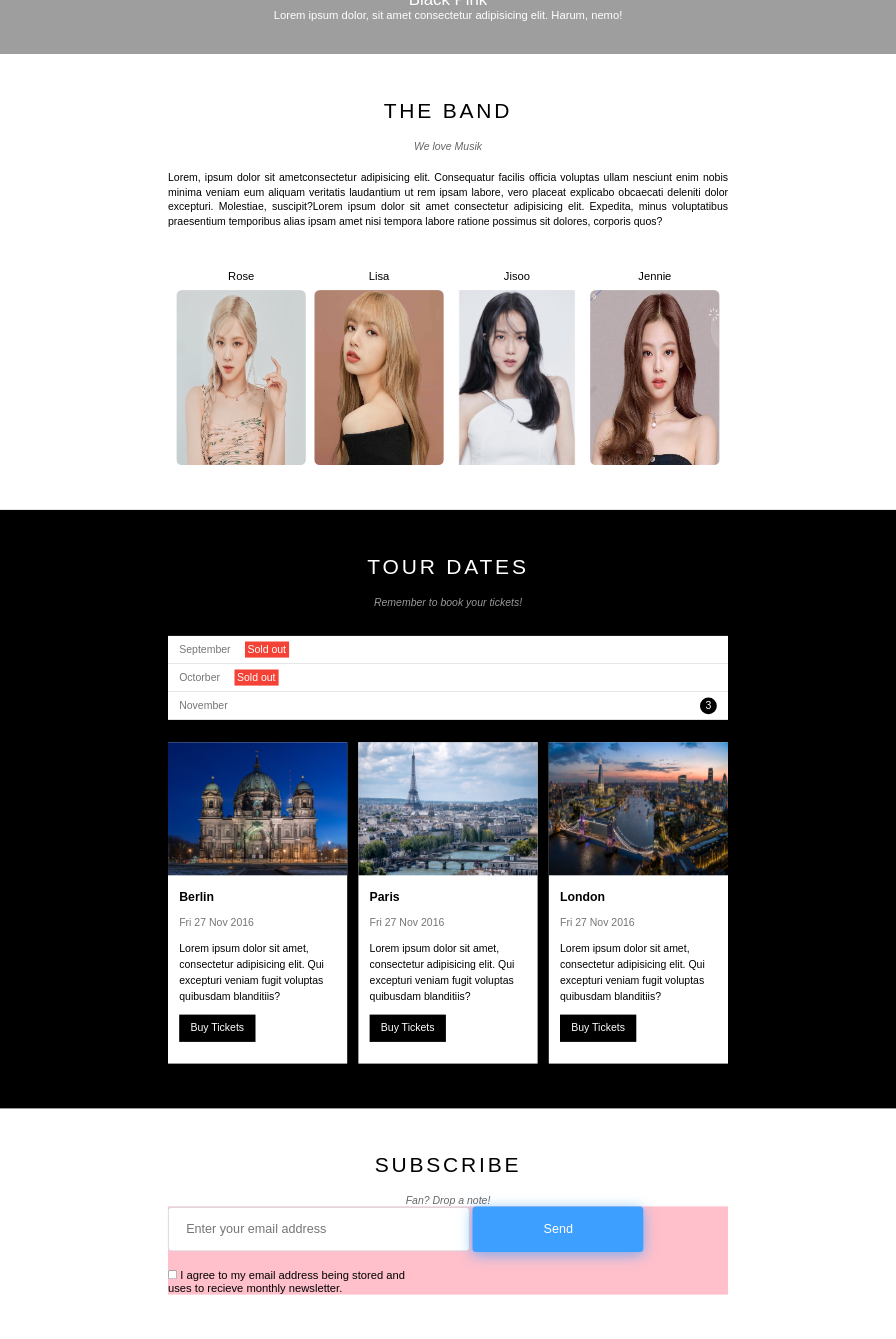
Repository: AiTrinh303/First-Project
Page: /
These files come from the project's save history. The page is drawn as it stood at one moment and after the next save; the edit follows.
The browser window is 1280 px wide. The pictures show the part of the page from y = 609 to 2529 px (the page is 2522 px tall before and 2529 px after), at 70% of full size.
Pictures or frames that could not be fetched are drawn as grey boxes. The project was rebuilt for these pictures with package versions that can differ from the ones it lists, and the page was loaded fresh each time.

Above is the page before, as saved 2024-01-23 10:10:10.

### index.html
<!DOCTYPE html>
<html lang="en">
<head>
    <meta charset="UTF-8">
    <meta name="viewport" content="width=device-width, initial-scale=1.0">
    <title>Singer Website</title>
    <link rel="stylesheet" href="./fonts/themify-icons-font/themify-icons/themify-icons.css">
    <link rel="stylesheet" href="./src/styles/main.css">
</head>
<body>
   <div id="main">

        <div id="header">
            <ul id="nav">
                <li><a href="">Home</a></li>
                <li><a href="">Band</a></li>
                <li><a href="">Tour</a></li>
                <li><a href="">Contact</a></li>
                <li>
                    <a href="#">
                        More
                        <i class="nav-arrown-down ti-angle-down"></i>
                     </a>
                    <ul class="subnav">
                        <li><a href="">Merchandise</a></li>
                        <li><a href="">Extras</a></li>
                        <li><a href="">Media</a></li>
                    </ul>
                </li>
            </ul>

            <div class="search-btn">
                <i class="search-icon ti-search"></i>

            </div>
        </div>

        <div id="slider">

            <div class="text-content">
                <h2 class="text-heading">Black Pink</h2>
                <p class="text-description">Lorem ipsum dolor, sit amet consectetur adipisicing elit. Harum, nemo!</p>
            </div>

        </div>

        <div id="content">
            <!-- About Section -->
            <div class="content-section">
                <h2 class="section-heading">THE BAND</h2>
                <p class="section-sub-heading">We love Musik</p>
                <p class="about-text">Lorem, ipsum dolor sit ametconsectetur adipisicing elit. Consequatur facilis officia voluptas ullam nesciunt enim nobis minima veniam eum aliquam veritatis laudantium ut rem ipsam labore, vero placeat explicabo obcaecati deleniti dolor excepturi. Molestiae, suscipit?Lorem ipsum dolor sit amet consectetur adipisicing elit. Expedita, minus voluptatibus praesentium temporibus alias ipsam amet nisi tempora labore ratione possimus sit dolores, corporis quos?</p>

                <div class="members-list">
                    <div class="member-item">
                        <p class="member-name">Rose</p>
                        <img src="./src/img/rose.png " alt="Rose" class="member-img" >
                    </div>

                    <div class="member-item">
                        <p class="member-name">Lisa</p>
                        <img src="./src/img/Lisa2.jpg" alt="Lisa" class="member-img" >
                    </div>

                    <div class="member-item">
                        <p class="member-name">Jisoo</p>
                        <img src="./src/img/jisoo.jpeg" alt="Jisoo" class="member-img" >
                    </div>

                    <div class="member-item">
                        <p class="member-name">Jennie</p>
                        <img src="./src/img/Jennie.jpg" alt="Jennie" class="member-img" >
                    </div>
                </div>
            </div>

            <!-- Tour Section -->
            <div class="tour-section">

                <div class="content-section">
                    <h2 class="section-heading text-white">TOUR DATES</h2>
                    <p class="section-sub-heading text-white">Remember to book your tickets!</p>

                    <ul class="tickets-list">
                        <li>September <span class="sold-out">Sold out</span></li>
                        <li>Octorber <span class="sold-out">Sold out</span></li>
                        <li>November <span class="quantity">3</span></li>
                    </ul>

                    <div class="places-list">
                        <div class="place-item">
                            <img src="./src/img/Berlin.jpg" alt="Berlin" class="place-img" >
                            <div class="place-body">
                                <h3 class="place-heading">Berlin</h3>
                                <p class="place-time">Fri 27 Nov 2016</p>
                                <p class="place-desc">Lorem ipsum dolor sit amet, consectetur adipisicing elit. Qui excepturi veniam fugit voluptas quibusdam blanditiis?</p>
                                <a href="#" class="place-btn">Buy Tickets</a>
                            </div>
                        </div>

                        <div class="place-item">
                            <img src="./src/img/Paris.jpg" alt="Paris" class="place-img" >
                            <div class="place-body">
                                <h3 class="place-heading">Paris</h3>
                                <p class="place-time">Fri 27 Nov 2016</p>
                                <p class="place-desc">Lorem ipsum dolor sit amet, consectetur adipisicing elit. Qui excepturi veniam fugit voluptas quibusdam blanditiis?</p>
                                <a href="#" class="place-btn">Buy Tickets</a>
                            </div>
                        </div>

                        <div class="place-item">
                            <img src="./src/img/London.jpeg" alt="London" class="place-img">
                            <div class="place-body">
                                <h3 class="place-heading">London</h3>
                                <p class="place-time">Fri 27 Nov 2016</p>
                                <p class="place-desc">Lorem ipsum dolor sit amet, consectetur adipisicing elit. Qui excepturi veniam fugit voluptas quibusdam blanditiis?</p>
                                <a href="#" class="place-btn">Buy Tickets</a>
                            </div>
                        </div>
                    </div>
                </div>

            </div>

            <!-- Contact Section -->
            <!-- Contact -->
            <div id="contact">
                <div class="content-section">
                    <h2 class="section-heading">SUBSCRIBE</h2>
                    <p class="section-sub-heading">Fan? Drop a note!</p>
                    <div class="form-wrap">

                        <div class="form">
                            <input type="email" class="form__email" placeholder="Enter your email address" />
                            <button class="form__button">Send</button>
                        </div>
                        <div class="notice">
                            <input type="checkbox">
                            <span class="notice__copy">I agree to my email address being stored and uses to recieve monthly newsletter.</span>
                        </div>

                    </div>
                </div>
            </div>






        <div id="footer">

        </div>

   </div>
</body>
</html>

### src/styles/main.css
* {
  padding: 0;
  margin: 0;
  box-sizing: border-box;
}

html {
  scroll-behavior: smooth;
  font-family: Arial, Helvetica, sans-serif;
}

.text-white {
  color: white;
}

#header {
  height: 46px;
  background-color: #000;
  position: fixed;
  top: 0;
  left: 0;
  right: 0;
  z-index: 1;
}

#nav {
  display: inline-block;
}

#nav, .subnav {
  list-style: none;
}

#nav > li {
  display: inline-block;
}

#nav li {
  position: relative;
}

#nav > li > a {
  color: #fff;
  text-transform: uppercase;
}

#nav li a {
  color: #fff;
  text-decoration: none;
  line-height: 46px;
  padding: 0 24px;
  display: block;
}

#nav li:hover .subnav {
  display: block;
}

#nav > li:hover > a,
#nav .subnav li:hover a {
  color: #000;
  background-color: #ccc;
}

#nav .subnav {
  display: none;
  min-width: 160px;
  position: absolute;
  background-color: #fff;
  box-shadow: 0 0 10px rgba(0, 0, 0, 0.3);
  top: 100%;
  left: 0;
}

#nav .nav-arrown-down {
  font-size: 14px;
}

#nav .subnav a {
  color: #000;
  padding: 0 12px;
  line-height: 38px;
}

#header .search-btn {
  float: right;
  padding: 0 21px;
}

#header .search-btn:hover {
  background-color: #f44336;
  cursor: pointer;
}

#header .search-icon {
  color: #fff;
  font-size: 20px;
  line-height: 46px;
}

#slider {
  position: relative;
  margin-top: 46px;
  padding-top: 50%;
  background: url("../img/slider-1.jpg") center/100% no-repeat;
}

#slider .text-content {
  position: absolute;
  bottom: 47px;
  color: #fff;
  width: 100%;
  text-align: center;
}

#slider .text-heading {
  font-weight: 500;
  font-size: 24px;
}

#slider .text-decoration {
  font-size: 15px;
  margin-top: 25px;
}

#content .content-section {
  width: 800px;
  padding: 64px 0;
  margin-left: auto;
  margin-right: auto;
}

#content .section-heading {
  font-size: 30px;
  font-weight: 500;
  letter-spacing: 4px;
  text-align: center;
}

#content .section-sub-heading {
  font-size: 15px;
  margin-top: 25px;
  text-align: center;
  font-style: italic;
  opacity: 0.6;
}

#content .about-text {
  margin-top: 25px;
  font-size: 15px;
  text-align: justify;
  line-height: 1.4;
}

#content .member-item {
  display: flex;
  flex-direction: column;
  align-items: center;
}

#content .member-name {
  line-height: 2.5;
}

#content .members-list {
  margin-top: 48px;
  display: flex;
  justify-content: space-evenly;
}

#content .member-img {
  width: 185px;
  min-height: 250px;
  border-radius: 8px;
}

.tour-section {
  background: #000;
}

.tickets-list {
  background-color: #fff;
  margin-top: 40px;
}

.tickets-list li {
  font-size: 15px;
  color: #757575;
  padding: 11px 16px;
  border-bottom: 1px solid #ddd;
  list-style-type: none;
}

.tickets-list .sold-out {
  background-color: #f44336;
  color: #fff;
  padding: 3px 4px;
  margin-left: 16px;
}

.tickets-list .quantity {
  float: right;
  width: 24px;
  height: 24px;
  background-color: #000;
  color: #fff;
  border-radius: 50%;
  text-align: center;
  line-height: 24px;
  margin-top: -3px;
}

.places-list {
  display: flex;
  gap: 16px;
  justify-content: space-between;
  margin-top: 32px;
}

.places-list .place-item {
  background-color: #fff;
}

.places-list .place-img {
  width: 100%;
  height: 190px;
}

.places-list .place-img:hover {
  opacity: 0.6;
  cursor: pointer;
}

.places-list .place-body {
  padding: 15px 16px;
  min-height: 205px;
  font-size: 15px;
  line-height: 22.5px;
}

.place-body .place-heading {
  font-weight: 700;
}

.place-body .place-time {
  margin: 15px 0;
  color: #757575;
}

.place-body .place-btn {
  align-items: flex-start;
  background-color: #000;
  display: inline-block;
  font-size: 15px;
  line-height: 22.5px;
  margin: 15px 0px 16px 0px;
  padding: 8px 16px;
  text-align: center;
  color: #fff;
  text-decoration: none;
}

.place-body .place-btn:hover {
  color: #000;
  background-color: #ccc;
}


/* contact form */

.form-wrap{
  background-color: pink;
  margin-bottom

}
.form {
margin-bottom: 25px;
}

.form__email {
padding: 20px 25px;
border-radius: 5px;
 border: 1px solid #CAD3DB;
width: 431px;
font-size: 18px;
color: #0F121F;
}

.form__email:focus {
outline: 1px solid #3D9FFF;
}

.form__button {
background: #3D9FFF;
padding: 10px;
border: none;
width: 244px;
height: 65px;
border-radius: 5px;
font-size: 18px;
color: white;
box-shadow: 0 4px 20px rgba(61, 159, 255, 0.7);
}

.form__button:hover {
box-shadow: 0 10px 20px rgba(61, 159, 255, 0.7);
}

.notice {
width: 345px;
}



#footer{

}

Loaded but not shown: fonts/themify-icons-font/themify-icons/themify-icons.css (common file)

After the next save:
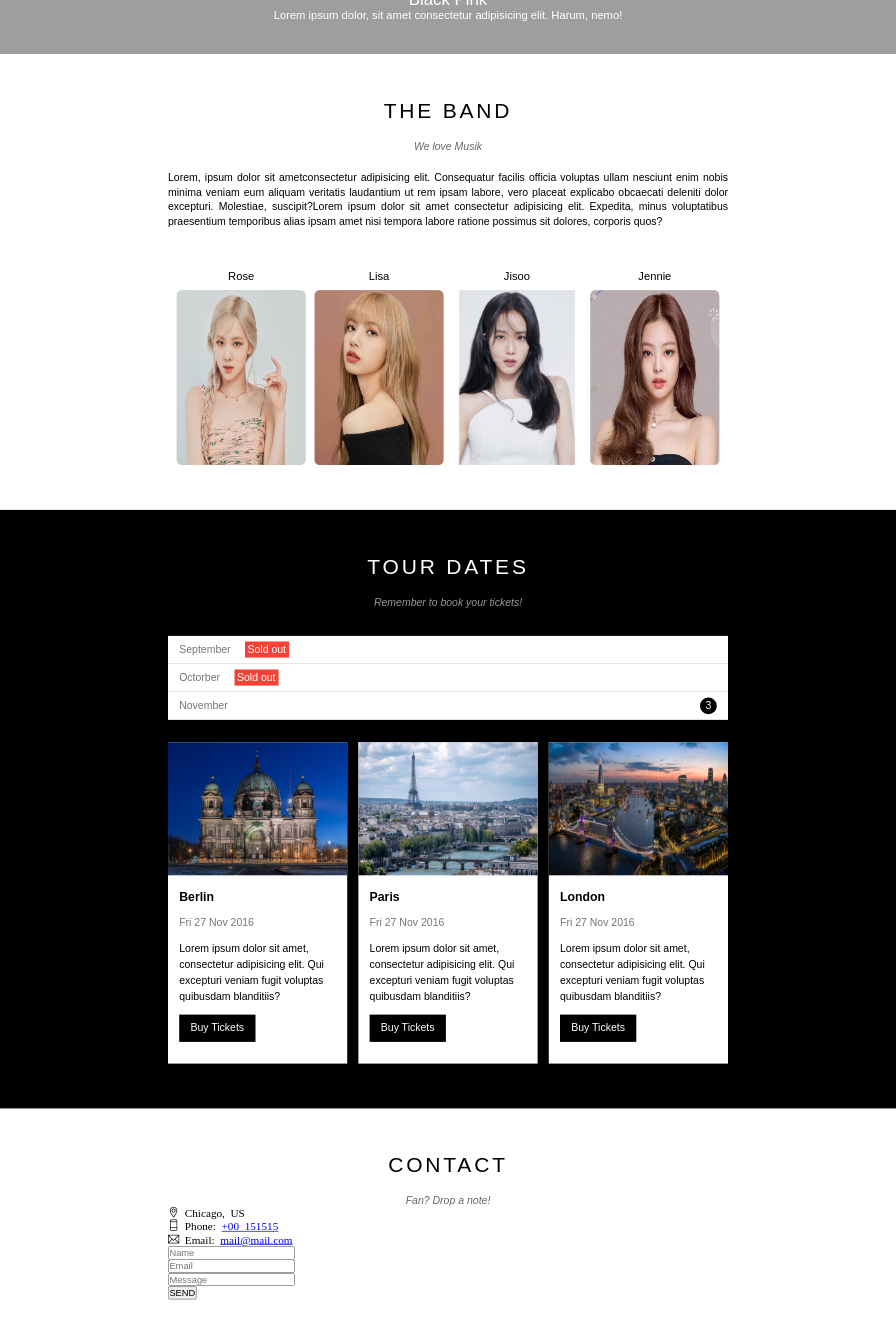
Saved 37 s later.
--- a/index.html
+++ b/index.html
@@ -124,24 +124,39 @@
 
             <!-- Contact Section -->
             <!-- Contact -->
-            <div id="contact">
+            <!-- Contact -->
+            <div id="contact" class="section-contact ">
                 <div class="content-section">
-                    <h2 class="section-heading">SUBSCRIBE</h2>
+                    <h2 class="section-heading">CONTACT</h2>
                     <p class="section-sub-heading">Fan? Drop a note!</p>
-                    <div class="form-wrap">
 
-                        <div class="form">
-                            <input type="email" class="form__email" placeholder="Enter your email address" />
-                            <button class="form__button">Send</button>
+                    <div class="row contact-content">
+                        <div class="col col-half s-col-full contact-info   ">
+                            <p><i class="ti-location-pin">   Chicago, US</i></p>
+                            <p><i class="ti-mobile">   Phone: <a href="tel:+00 151515">+00 151515</a></i></p>
+                            <p><i class="ti-email">   Email: <a href="mailto:mail@mail.com">mail@mail.com</a></i></p>
                         </div>
-                        <div class="notice">
-                            <input type="checkbox">
-                            <span class="notice__copy">I agree to my email address being stored and uses to recieve monthly newsletter.</span>
+                        <div class="col col-half s-col-full contact-form">
+                        <form action="">
+                            <div class="row">
+                                <div class="col col-half s-col-full ">
+                                    <input type="text" name="" placeholder="Name" required id="" class="form-control">
+                                </div>
+                                <div class="col col-half s-col-full s-mt-8">
+                                    <input type="email" name="" placeholder="Email" required id="" class="form-control">
+                                </div>
+                            </div>
+                            <div class="row mt-8">
+                                <div class="col col-full">
+                                    <input type="text" name="" placeholder="Message" required id="" class="form-control">
+                                </div>
+                            </div>
+                            <input class= "form-submit-btn s-full-width mt-16" type="submit" value="SEND">
+                        </form>
                         </div>
-
                     </div>
                 </div>
-            </div>
+                    </div>
 
 
 

After the 4 saves that followed:
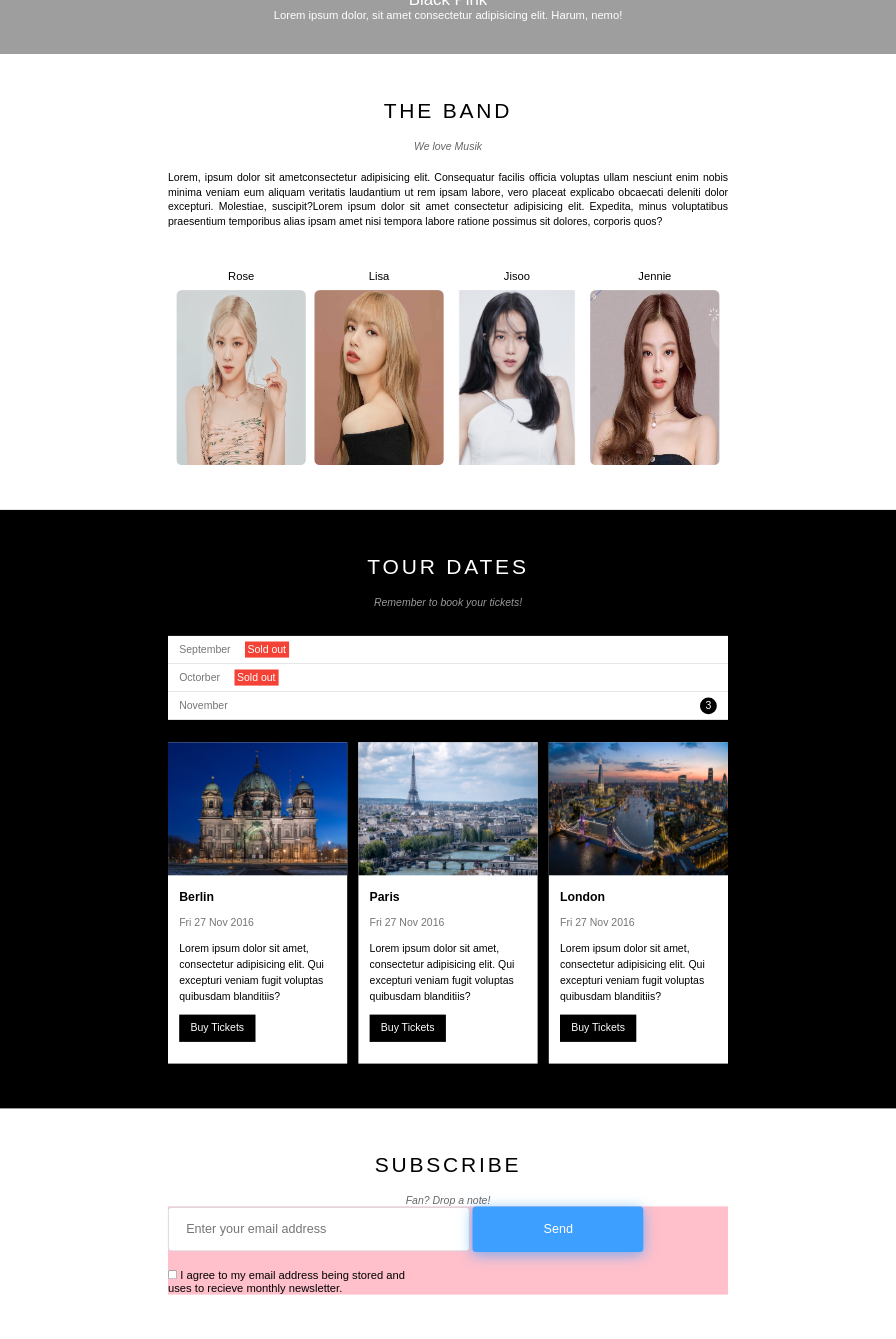
The 4 saves are shown as one change because 3 left the picture as it was.
The last was saved 26 s later.
--- a/index.html
+++ b/index.html
@@ -124,39 +124,24 @@
 
             <!-- Contact Section -->
             <!-- Contact -->
-            <!-- Contact -->
-            <div id="contact" class="section-contact ">
+            <div id="contact">
                 <div class="content-section">
-                    <h2 class="section-heading">CONTACT</h2>
+                    <h2 class="section-heading">SUBSCRIBE</h2>
                     <p class="section-sub-heading">Fan? Drop a note!</p>
+                    <div class="form-wrap">
 
-                    <div class="row contact-content">
-                        <div class="col col-half s-col-full contact-info   ">
-                            <p><i class="ti-location-pin">   Chicago, US</i></p>
-                            <p><i class="ti-mobile">   Phone: <a href="tel:+00 151515">+00 151515</a></i></p>
-                            <p><i class="ti-email">   Email: <a href="mailto:mail@mail.com">mail@mail.com</a></i></p>
+                        <div class="form">
+                            <input type="email" class="form__email" placeholder="Enter your email address" />
+                            <button class="form__button">Send</button>
                         </div>
-                        <div class="col col-half s-col-full contact-form">
-                        <form action="">
-                            <div class="row">
-                                <div class="col col-half s-col-full ">
-                                    <input type="text" name="" placeholder="Name" required id="" class="form-control">
-                                </div>
-                                <div class="col col-half s-col-full s-mt-8">
-                                    <input type="email" name="" placeholder="Email" required id="" class="form-control">
-                                </div>
-                            </div>
-                            <div class="row mt-8">
-                                <div class="col col-full">
-                                    <input type="text" name="" placeholder="Message" required id="" class="form-control">
-                                </div>
-                            </div>
-                            <input class= "form-submit-btn s-full-width mt-16" type="submit" value="SEND">
-                        </form>
+                        <div class="notice">
+                            <input type="checkbox">
+                            <span class="notice__copy">I agree to my email address being stored and uses to recieve monthly newsletter.</span>
                         </div>
+
                     </div>
                 </div>
-                    </div>
+            </div>
 
 
 
